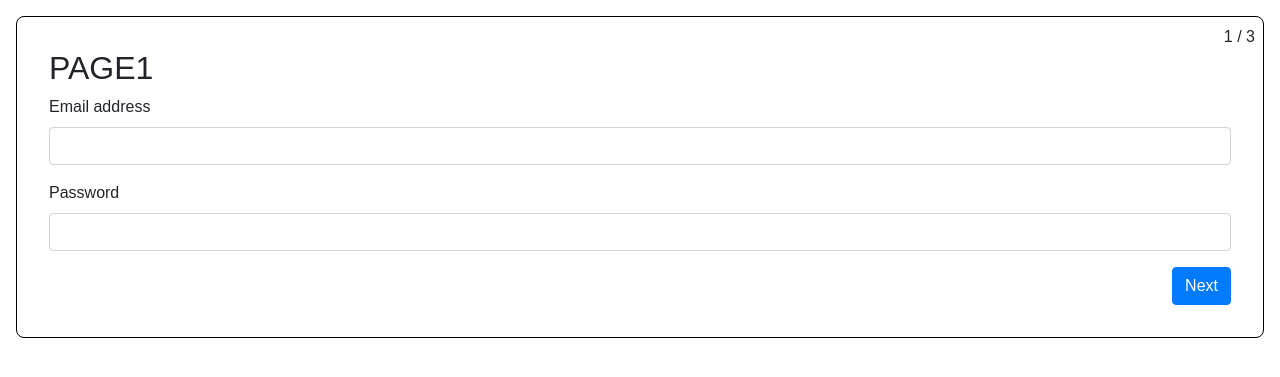
Repository: Aminox84/frontend-main
Page: /
The author's editor kept a copy of each file at every save. The page is drawn from the files as they stood at one save, then again after the next save.
The browser window is 1280 px wide. The pictures show the whole page.
The project was rebuilt for these pictures with package versions that can differ from the ones it lists, and the page was loaded fresh each time. Also part of the build but not shown: src/AddressForm.tsx, src/AccountForm.tsx.

Above is the page before, as saved 2022-12-29 19:40:05.

After the next save:
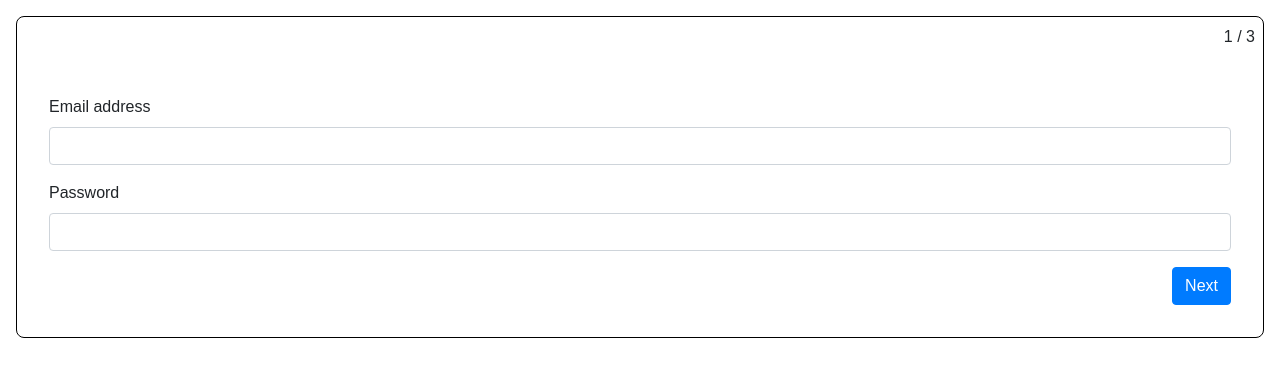
Saved 63 s later.
--- a/src/userForm.tsx
+++ b/src/userForm.tsx
@@ -1,9 +1,9 @@
 export function UserForm() {
   return (
     <>
-    <div className="d-flex flex-content-center">
-      <h2>PAGE1</h2>
-    </div>
+
+      <h2 style={{color:"white"}}>PAGE1</h2>
+
       <form>
         <div className="form-group">
           <label htmlFor="exampleInputEmail1">Email address</label>
